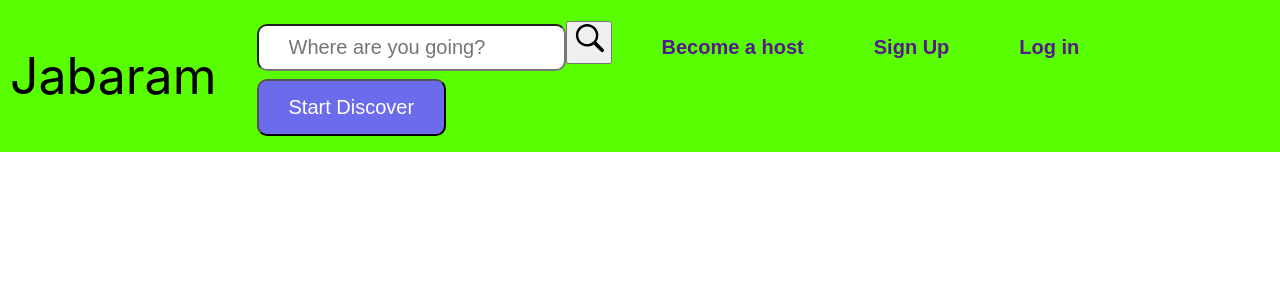
Repository: manahiang/Jabaram-web
Page: / (app in src/)
These files come from the project's save history. The page is drawn as it stood at one moment and after the next save; the edit follows.
The browser window is 1280 px wide. The pictures show the whole page.
The project was rebuilt for these pictures with package versions that can differ from the ones it lists, and the page was loaded fresh each time. Also part of the build but not shown: src/src/App.css.

Above is the page before, as saved 2022-11-30 10:11:21.

After the next save:
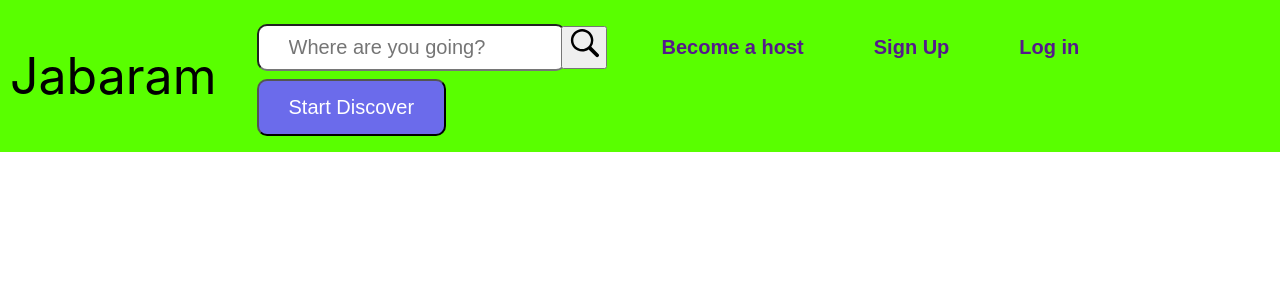
Saved 4 s later.
--- a/src/src/index.css
+++ b/src/src/index.css
@@ -65,7 +65,7 @@ code {
 }
 .button-search{
   font-size: 30px;
-  transform: translate(-5px,);
+  transform: translate(-5px,5px);
 }
 /* Logo */
 
